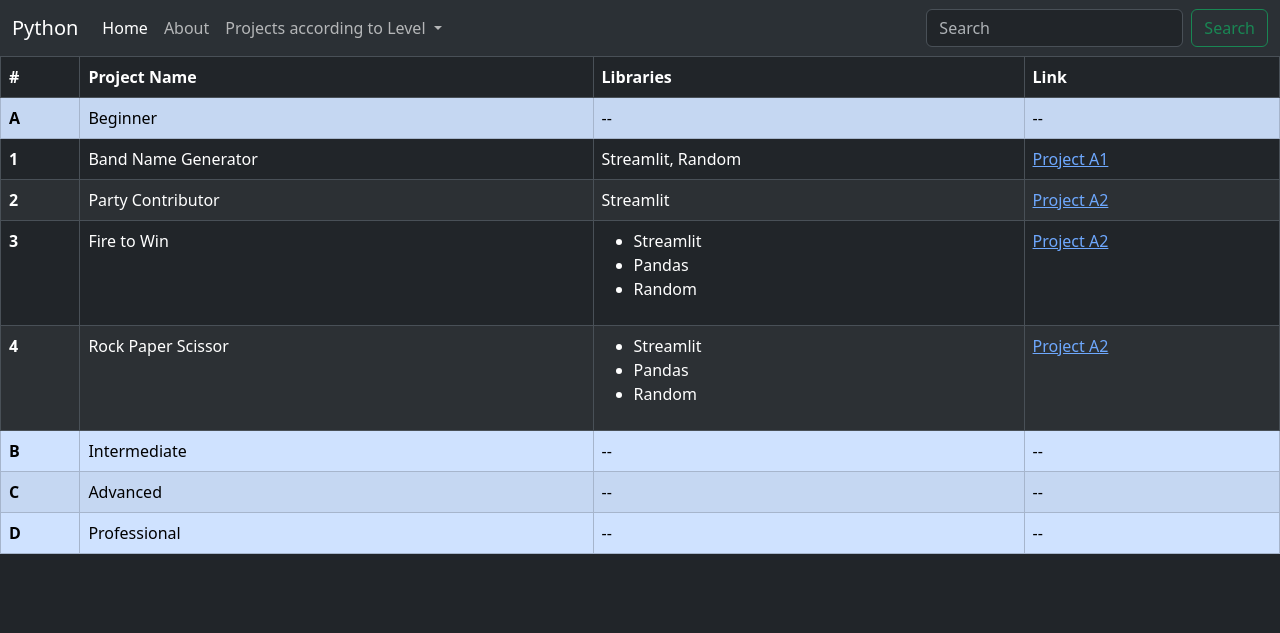
Repository: VictoriousMango/100-Python-Project
Page: index.html
The author's editor kept a copy of each file at every save. The page is drawn from the files as they stood at one save, then again after the next save.
The browser window is 1280 px wide. The pictures show the whole page.

Above is the page before, as saved 2024-06-06 16:53:52.

After the next save:
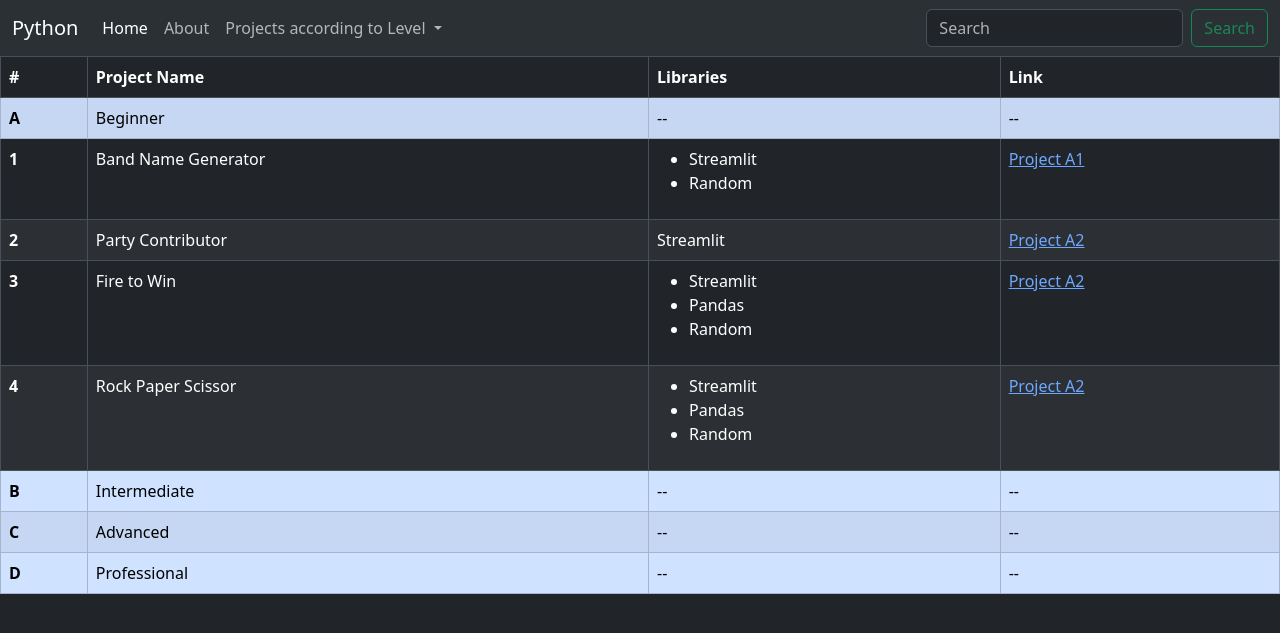
Saved 32 s later.
--- a/index.html
+++ b/index.html
@@ -68,7 +68,10 @@
           <tr>
             <th scope="row">1</th>
             <td>Band Name Generator</td>
-            <td> Streamlit, Random </td>
+            <td><ul>
+              <li>Streamlit</li>
+              <li>Random</li>
+            </ul></td>
             <td>
               <a href="https://100-python-projectg-rawnndldtq3zp8qrhnm8qe.streamlit.app/Band_Name_Generator"  target="_blank">Project A1</a>
             </td>
